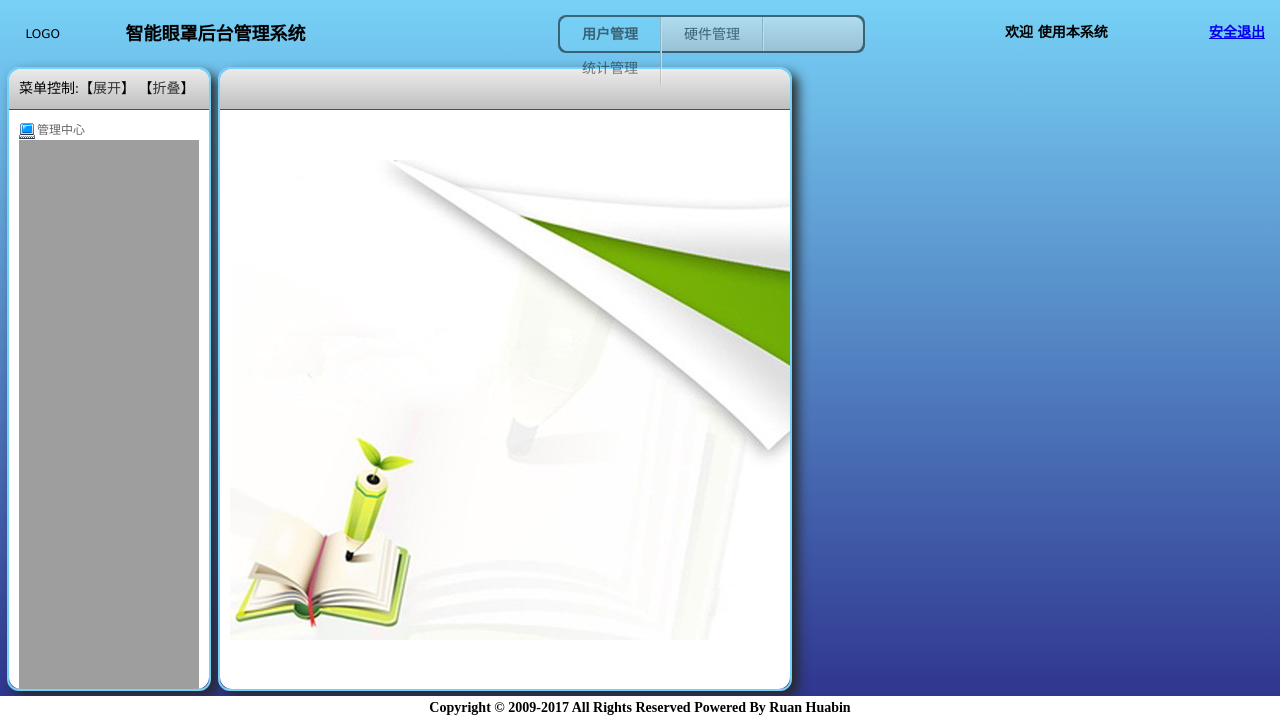
Repository: ruanhuabin/IntelliEyeShade
Page: http://localhost/IntelliEyeShade/admin/admin_login_success.jsp
An editor plug-in stored every save of this project. The page is shown before and after the next save, followed by the edit.
The browser window is 1280 px wide. The pictures show the whole page.
The page is served by Tomcat 9. Nobody is signed in. The application's start-up code is not run. Other server files are loaded and not shown.

Above is the page before, as saved 2016-11-10 09:47:52.

### IntelliEyeShade/WebRoot/admin/admin_login_success.jsp
<%@ page language="java" import="java.util.*" contentType="text/html; charset=utf-8" %>
<%
String path = request.getContextPath();
String basePath = request.getScheme()+"://"+request.getServerName()+":"+request.getServerPort()+path+"/";
%>

<!DOCTYPE html>
<html>
<head>
	<title>后台管理</title>
	<meta http-equiv="content-type" content="text/html;charset=UTF-8">
	<link rel="stylesheet" type="text/css" href="../css/index.css" />
</head>
<body>
<div id="wrapper">
	<div id="header">
		<div id="logo">LOGO</div>
		<div id="title">智能眼罩后台管理系统</div>
		<div id="menu" style="left: 858px; width: 307px;">
			<div id="menu_container">
				<ul id="menu_items">
					<li class="menu_item on" style="border-radius:8px 0 0 8px" onmouseout="this.style.backgroundColor=''" onmouseover="this.style.backgroundColor='#77D1F6';this.style.borderRadius='8px 0 0 8px'"><a>用户管理</a></li>
					<li class="menu_item" onmouseout="this.style.backgroundColor='';this.style.fontWeight='normal'" onmouseover="this.style.backgroundColor='#77D1F6';this.style.fontWeight='bold'"><a>硬件管理</a></li>
					<li class="menu_item" onmouseout="this.style.backgroundColor='';this.style.fontWeight='normal'" onmouseover="this.style.backgroundColor='#77D1F6';this.style.fontWeight='bold'"><a>统计管理</a></li>
					<!-- <li class="menu_item" onmouseout="this.style.backgroundColor='';this.style.fontWeight='normal'" onmouseover="this.style.backgroundColor='#77D1F6';this.style.fontWeight='bold'"><a>网盘管理</a></li>
					<li class="menu_item" onmouseout="this.style.backgroundColor='';this.style.fontWeight='normal'" onmouseover="this.style.backgroundColor='#77D1F6';this.style.fontWeight='bold'"><a>相册管理</a></li>
					 <li class="menu_item" style="border-radius:8px 0 0 8px;border:0px;" onmouseout="this.style.backgroundColor='';this.style.fontWeight='normal'" onmouseover="this.style.backgroundColor='#77D1F6';this.style.borderRadius='0 8px 8px 0';this.style.fontWeight='bold'"><a>邮件管理</a></li>
					-->
				</ul>
			</div>
		</div>
		<div id="user_info">
			<div id="welcome">欢迎 ${sessionScope.loginUserName} 使用本系统</div>
			<div id="logout"><a href="<%=path%>/admin/Administrator_logout.action">安全退出</a></div>
		</div>
	</div>
	<div id="navigator">
		<iframe src="../tree.jsp"></iframe>
        </div>
	<div id="main">
		<iframe name="MainFrame" src="admin_login_main.jsp"></iframe>
	</div>
	<div id="footer">Copyright © 2009-2017 All Rights Reserved Powered By Ruan Huabin</div>
</div>
</body>
<script type="text/javascript">
function screenAdapter(){
	document.getElementById('footer').style.top=document.documentElement.scrollTop+document.documentElement.clientHeight- document.getElementById('footer').offsetHeight+"px";
		document.getElementById('navigator').style.height=document.documentElement.clientHeight-100+"px";
		document.getElementById('main').style.height=document.documentElement.clientHeight-100+"px";
		document.getElementById('main').style.width=window.screen.width-230+"px";
}

window.onscroll=function(){screenAdapter();};
window.onresize=function(){screenAdapter();};
window.onload=function(){screenAdapter();};
</script>
</html>

### IntelliEyeShade/WebRoot/css/index.css
* {
    background: none repeat scroll 0 0 transparent;
    border: 0 none;
    margin: 0;
    padding: 0;
    vertical-align: baseline;
}
body{
    min-height:600px;
    min-width:1280px;
	overflow-y:hidden;
}
#wrapper {
    background-image: -moz-linear-gradient(top,#77D1F6, #2F368F);
    background-image:-webkit-gradient(linear, left top, left bottom, color-stop(0, #77D1F6),color-stop(1, #2F368F));
    font-family: "lucida Grande",Tahoma,Arial;
    font-size: 12px;
    overflow: hidden;
    height:100%;
    width:100%;
    height:100%;
}
#header {
    float: left;
    height: 62px;
    position: relative;
    width: 100%;
    z-index: 10;
	text-align:center;
}
#logo {
	//border:1px solid red;
    float: left;
    height: 38px;
	line-height:38px;
	vertical-align:middle;
    margin: 15px 0 0 1%;
    width: 60px;
}
#title {
	//border:1px solid red;
    float: left;
    height: 38px;
	line-height:38px;
	vertical-align:middle;
    margin: 15px 0 0 1%;
    width: 260px;
	font-family:微软雅黑;
	font-size:18px;
	font-weight:bold;
	text-align:center;
}
#menu{
	position:absolute;
	left:50%;
	margin-top:15px;
	margin-left:-300px;
    float: float;
    height: 38px;
	width:615px;
	line-height:38px;
	vertical-align:middle;
	text-align:center;
    border-radius: 8px;
    background-color:#000000;
    opacity:0.5;
}
#menu_container{
    position:relative;
	margin:2px;
	height: 34px;
	line-height:34px;
    vertical-align:middle;
    border-radius: 8px;
    background-image: -moz-linear-gradient(top,#EBEBEB, #BFBFBF);
    background-image: -webkit-gradient(linear, left top, left bottom, color-stop(0, #EBEBEB),color-stop(1, #BFBFBF));
}
#menu_items{
	list-style:none;
	line-height: normal;
	height: 34px;
	line-height:34px;
	vertical-align:middle;
	font-size:14px;
	border:2px solid solid;
	border-right-style:groove;
}
.menu_item{
	display: list-item;
	float:left;
	width:100px;
	border-right:2px solid #F6F6F6;
	border-right-style:groove;
	cursor:pointer;
}
.on{
	display: list-item;
	float:left;
	width:100px;
	background:#77D1F6;
	font-weight:bold;
}
.menu_item a{
	height: 34px;
	line-height:34px;
	display:block;
}
#user_info {
    height: 35px;
	line-height:35px;
	vertical-align:middle;
    position: relative;
	float:right;
	margin-top:15px;
	margin-right:15px;
	width:240px;
    font-weight:bold;
	font-size:14px;
}
#welcome{
	left:-20px;
    position: relative;
	float:left;
}
#logout{
    position: relative;
	float:right;
}
#footer{
    position: absolute;
	float:left;
    left:0px;
    width: 100%;
    height: 25px;
    vertical-align:middle;
    line-height:25px;
	text-align:center;
	font-family:微软雅黑;
	font-size:14px;
	font-weight:bold;
	font-color:#FFF;
}
#navigator{
    position:relative;
    float:left;
    width:200px;
    margin:5px 2px 5px 2px;
    left:5px;
    border-color: #77D1F6;
    border-width: 2px;
    border-style: solid;
    border-radius: 12px;
    -moz-box-shadow: 6px 6px 12px #282828;
    -webkit-box-shadow: 6px 6px 12px #282828;
}
#main{
    position:relative;
    float:left;
    width: 80%;
    margin:5px;
    left:5px;
    border-color: #77D1F6;
    border-width: 2px;
    border-style: solid;
    border-radius: 12px 12px;
    -moz-box-shadow: 6px 6px 12px #282828;
    -webkit-box-shadow: 6px 6px 12px #282828;
}
iframe{
    height:100%;
    width:100%;
    background:#FFF;
    position:relative;
    border-radius:12px;
    overflow:hidden;
}

### IntelliEyeShade/WebRoot/tree.jsp
<%@ page language="java" import="java.util.*" contentType="text/html; charset=utf-8" %>
<%
String path = request.getContextPath();
String basePath = request.getScheme()+"://"+request.getServerName()+":"+request.getServerPort()+path+"/";
%>
<!DOCTYPE html>
<html>
<head>
	<title>导航树</title>
	<meta http-equiv="content-type" content="text/html;charset=UTF-8">
	<style type="text/css">@import url('components/dtree/dtree.css');</style>
	<script type="text/javascript">var dtreeIconBasePath = "components/dtree";</script>
	<script type="text/javascript"  src="components/dtree/dtree.js"></script>
</head>
<body>
<script type="text/javascript">
var treeMenu = [
	/* { level:1, name:"学生管理"},
	{ level:2, name:"学生列表", ico:"images/icon_default.gif",link:"students/Student_query.action"},
	{ level:1, name:"教师管理"},
	{ level:2, name:"教师列表", ico:"images/icon_default.gif",link:"role_list.html"},
	{ level:1, name:"信息管理"},
	{ level:2, name:"新闻管理", ico:"images/icon_default.gif",link:"news_list.html"},
	{ level:2, name:"公告管理", ico:"images/icon_default.gif",link:"bulletin_list.html"},
	{ level:1, name:"系统邮件", ico:"images/icon_default.gif"},
	{ level:1, name:"网络文件", ico:"images/icon_default.gif",link:"complaint_list.html"}, */
	{ level:1, name:"用户管理", ico:"images/icon_default.gif",link:"users/Users_queryByPage.action"},
	{ level:1, name:"硬件管理", ico:"images/icon_default.gif",link:"devices/Devices_queryByPage.action"},
	{ level:1, name:"统计管理", ico:"images/icon_default.gif",link:"statistics/statistics_filter.jsp"},
];
</script>
<style>
* {
    background: none repeat scroll 0 0 transparent;
    border: 0 none;
    margin: 0;
    padding: 0;
    vertical-align: baseline;
	font-family:微软雅黑;
	overflow:hidden;
}
#menuControll{
	width:100%;
	position:relative;
	word-wrap:break-word;
	border-bottom:1px solid #065FB9;
	margin:0;
	padding:0 10px;
	font-size:14px;
	height:40px;
	line-height:40px;
	vertical-align:middle;
    background-image: -moz-linear-gradient(top,#EBEBEB, #BFBFBF);
    background-image: -webkit-gradient(linear, left top, left bottom, color-stop(0, #EBEBEB),color-stop(1,
#BFBFBF));
}
</style>
<div id="menuControll">
菜单控制:【<a href="#" onclick="tree.openAll();this.blur();return false;" style="color:#333333;text-decoration:none">展开</a>】
【<a href="#" onclick="tree.closeAll();this.blur();return false;" style="color:#333333;text-decoration:none">折叠</a>】
</div>
<div class="dtree" style="margin:10px;">
<script type="text/javascript">
//建立新树
tree = new dTree('tree');
tree.config.target = "MainFrame";
tree.config.useCookies = false;
var selNum = -1;
var link = "";
//根目录
tree.add(0,-1,'管理中心', null, null, null, '', '');
var count = 0;
var pLevelIdArray = new Array();
pLevelIdArray[1] = 0;
var currLevel = 1;
for (var i=0; i<treeMenu.length; i++) {
	var item = treeMenu[i];
	var itemLevel = item.level;
	pLevelIdArray[itemLevel+1] = ++count;
	if (item.link!=null && item.link!="") {
		if (item.ico!=null) {
			tree.add(count, pLevelIdArray[itemLevel], item.name, item.link, null, null, item.ico, item.ico);
		} else {
			tree.add(count, pLevelIdArray[itemLevel], item.name, item.link);
		}
	} else {
		if (item.ico!=null) {
			tree.add(count, pLevelIdArray[itemLevel], item.name, null, null, null, item.ico, item.ico);
		} else {
			tree.add(count, pLevelIdArray[itemLevel], item.name);
		}
	}
	if (item.select) {
		selNum = count;
		link = item.link;
	}
}
document.write(tree);
tree.openAll();
if (selNum != -1) {
	tree.openTo(selNum,true);
	top.document.frames["MainFrame"].location.href=link;
}
</script>
</div>
</body>
</html>

### IntelliEyeShade/WebRoot/admin/admin_login_main.jsp
<%@ page language="java" import="java.util.*" contentType="text/html; charset=utf-8" %>
<%
String path = request.getContextPath();
String basePath = request.getScheme()+"://"+request.getServerName()+":"+request.getServerPort()+path+"/";
%>
<!DOCTYPE html>
<html>
	<meta http-equiv="content-type" content="text/html;charset=UTF-8">
	<link rel="stylesheet" type="text/css" href="../css/default.css" />
<style type="text/css">
* {
    background: none repeat scroll 0 0 transparent;
    border: 0 none;
    margin: 0;
    padding: 0;
    vertical-align: baseline;
	font-family:微软雅黑;
	overflow:hidden;
}
#navi{
	width:100%;
	position:relative;
	word-wrap:break-word;
	border-bottom:1px solid #065FB9;
	margin:0;
	padding:0;
	height:40px;
	line-height:40px;
	vertical-align:middle;
    background-image: -moz-linear-gradient(top,#EBEBEB, #BFBFBF);
    background-image: -webkit-gradient(linear, left top, left bottom, color-stop(0, #EBEBEB),color-stop(1,
#BFBFBF));
}
#naviDiv{
	font-size:14px;
	color:#333;
	padding-left:10px;
}
#tips{
	margin-top:10px;
	width:100%;
	height:40px;
}
#buttonGroup{
	padding-left:10px;
	float:left;
	height:35px;
}
.button{
	float:left;
	margin-right:10px;
	padding-left:10px;
	padding-right:10px;
	font-size:14px;
	width:70px;
	height:30px;
	line-height:30px;
	vertical-align:middle;
	text-align:center;
	cursor:pointer;
    border-color: #77D1F6;
    border-width: 1px;
    border-style: solid;
    border-radius: 6px 6px;
    -moz-box-shadow: 2px 2px 4px #282828;
    -webkit-box-shadow: 2px 2px 4px #282828;
    background-image: -moz-linear-gradient(top,#EBEBEB, #BFBFBF);
    background-image: -webkit-gradient(linear, left top, left bottom, color-stop(0, #EBEBEB),color-stop(1, #BFBFBF));
}
#mainContainer{
	padding-left:10px;
	padding-right:10px;
	text-align:center;
	width:98%;
	font-size:12px;
}
</style>
<body>
<div id="navi">
	<!-- 导航空白 -->
</div>
<div id="tips">
	<!-- 导航空白 -->
</div>
<div id="mainContainer">
   <img src="../images/welcome.jpg">
   <!--数据表格空白 -->
</div>
</body>
</html>

### IntelliEyeShade/WebRoot/components/dtree/dtree.css
/*--------------------------------------------------|
| dTree 2.05 | www.destroydrop.com/javascript/tree/ |
|---------------------------------------------------|
| Copyright (c) 2002-2003 Geir Landr?               |
|--------------------------------------------------*/

.dtree {
	font-size: 12px;
	color: #666;
	white-space: nowrap;
}
.dtree img {
	border: 0px;
	vertical-align: middle;
}
.dtree a {
	color: #333;
	text-decoration: none;
}
.dtree a.node, .dtree a.nodeSel {
	white-space: nowrap;
	padding: 1px 2px 1px 2px;
}
.dtree a.node:hover, .dtree a.nodeSel:hover {
	color: #333;
	text-decoration: underline;
}
.dtree a.nodeSel {
	background-color: #c0d2ec;
}
.dtree .clip {
	overflow: hidden;
}

### IntelliEyeShade/WebRoot/css/default.css
/* 基本样式 */


/* 去掉图片、表单边框 */
img, form {
	margin:0;
	padding:0;
	border:0;
}

/* 超链接 */
a {
	text-decoration: none;
}
a:link, a:visited {
	color:#063685;
	text-decoration:none;
}
a:hover, a:active {
	color:#FF5500;
	text-decoration:underline;
}

/* 表格 */
table.default {
	border:1px solid #0283c5;
	border-collapse:collapse;
	margin-top:5px;
}
table.default td, table.default tr.style1 td {
	padding:2 5 2 5;
	height:26px;
	border:1px solid #ffffff;
}
table.default tr, table.default tr.style1{
	background-color:#f0f0f0;
}
table.default tr.style0{
	background-color:#dfdfdf;
}
table.default tr.title td, table.default tr.ltitle td {
	font-weight:bold;
	background:#0283c5;
	color:#ffffff;
	border:1px solid #ffffff;
	white-space:nowrap;
	height:26px;
	line-height:26px;
	vertical-align:middle;
}
table.default tr.ltitle td {
	text-align:left;
}
table.default tr.title td {
	text-align:center;
	line-height:26px;
	vertical-align:middle;
}
table.default tr.subtitle td ,table.default tr.lsubtitle td {
	font-weight:bold;
	background:#69f;
	color:#ffffff;
	border:1px solid #ffffff;
	white-space:nowrap;
	height:26px;
	line-height:26px;
	vertical-align:middle;
}
table.default tr.lsubtitle td {
	text-align:left;
}
table.default tr.subtitle td {
	text-align:center;
}

table.default tr.strong td {
	font-weight:bold;
	background:#DDD;
}

table.default tr.stronghl td {
	font-weight:bold;
	background:#FFCC99;
	text-align:center;
}

table.default tr.hl td {
	background:#ffffcc/*#FFFF99*/;
}

table.default td.item {
	font-weight:bold;
	color:#333333;
	text-align:right;
}

table.default td.text {
	line-height:150%;
}

table.default td.opt {
	background:#FFFF99;
	padding-right:10px;
}

table.explain {
	margin-top:5px;
	margin-bottom:5px;
}
table.explain td {
	font-family:宋体;
	font-size:12px;
	border:1px solid #333333;
	background:#f0f0f0;
	padding:8px;
	line-height:120%;
}

table.pages {
	border:0;
}
table.pages td {
	height:26px;
}

table.reswb {
	border:1px solid #0283c5;
	border-collapse:collapse;
	margin-top:10px;
}

table.reswb tr.title td {
	padding:2 5 2 5;
	font-weight:bold;
	background:#0283c5;
	color:#ffffff;
	border:1px solid #ffffff;
	white-space:nowrap;
	height:26px;
	line-height:26px;
	vertical-align:middle;
}

table.default tr.list{
	text-align: center;
	line-height:26px;
	vertical-align:middle;
}

/* 普通信息 */
div.info {
	padding:5px 5px 5px 2px;
	margin-top:10px;
}

/* 前台导航用 */
.tdnormal {
	border-bottom:1px solid white;
}

.tdselected {
	border:1px solid white;
	border-bottom:0;
	font-weight:bold;
}
.navtab td {
	height:30px;
	color:white;
	font-size:9pt;
	text-align:center;
}
a.navbar, a.navbar:visited, a.navbar:active {text-decoration: none;color:#FFF;}
a.navbar:hover {text-decoration: underline;color:#FFF;}


/* 错误信息 */
.errorBox {
	border:1px solid #ff0000;
	padding:5px;
	background:#FFCCCC;
}
.errorMessage {
	color:#cc0000;
}
ul {
	margin-left:30px;
	margin-top:0;
	margin-bottom:0;
}

/* 分页页码样式 */
.selectedPage {
	border:1px solid #999999;
	background:#ffffcc;
	color:#000000;
	padding:0 3px 2px 3px;
}
.noSelectedPage {
	padding:0 3px 0 3px;
}
a.page {
	font-size:12px;
	text-decoration: none;
}
a.page:link, a.page:visited {
	color:#0044DD;
	text-decoration:none;
}
a.page:hover, a.page:active {
	color:#FF5500;
	text-decoration:none;
}

/* 表单元素样式 */
.input_text {
	width:200px;
	margin-right:5px;
}
.notNull {
	color:red;
}
.notice {
	color:#20A8F0;
}

/* 后台任务链接样式 */
a.navlink {
	font-family:宋体;
	height:25px;
	font-weight:normal;
	letter-spacing:1px;
	padding:4 5 0 5;
	background:#e0e0e0;
	border:2px outset;
	FILTER: progid:DXImageTransform.Microsoft.Gradient(GradientType=0, StartColorStr=#ffffff, EndColorStr=#20A8F0);
}

a.navlink {text-decoration: none;color:#000000;}
a.navlink:visited {text-decoration: none;color:#000000;}
a.navlink:active {text-decoration: none;color:#0044DD;}
a.navlink:hover {text-decoration: none;color:#FF5500;}

/* 操作按钮 */
div.oper {
	margin:5px;
	text-align:right;
}

div.oper input {
	margin-left:5px;
	margin-right:5px;
}

/* 背景色 */
.fbg {
	background:#065FB9;
}
.bbg {
	background:#04477C;
}

/* tooltip */
/*
span.tip {
	cursor:default;
}
#tooltip {
	position: absolute;
	z-index: 3000;
	border: 1px solid #111;
	background-color: #eee;
	padding: 5px;
	opacity: 0.85;
}
#tooltip h3, #tooltip div {
	font-size:12px;
	margin: 0;
}
*/

/* 特殊高亮文本 */
span.spec {
	color:#003399;
}

/* 特殊灰色文本 */
span.gray {
	color:#666;
}

/* 黄色背景 */
.bg1 {
	background:#FFCC99;/*#FFFF99;*/
}

/* 绿色背景 */
.bg2 {
	background:#99CC99;
}

/* 文章样式 */

div.title {
	font-size:16px;
	font-weight:bold;
	background:#FFFF99;
	border-bottom:2px solid #000;
	padding:5px;
	margin-bottom:10px;
}

div.content {
	font-size:14px;
	line-height:150%;
}

div.faq-q {
	padding:5px;
	background:#DDD;
	font-weight:bold;
}

div.faq-a {
	padding:5px;
	line-height:150%;
	font-size:16px;
}

/* 问卷样式 */
.option {
	margin-right:10px;
}

.answer {
	background:#060;
	color:white;
	font-weight:bold;
	padding:2px;
}

table.stat {
	border-collapse:collapse;
}
table.stat td {
	border:0;
	padding-left:20px;
}
hr.percent {
	height:10px;
	color:#093;
	border:1px solid black;
}

td.indent {
	padding-left:10px;
}

#page_explain {
	display:none;
}

#navDiv {
	color:#333;
	padding-left:10px;
	line-height:30px;
	background:#CCFF99;
	border-bottom:1px solid #065FB9;
	height:30px;
	padding-top:6px;
}
/*--------分页样式-----------*/
.pager-top {
    overflow:hidden;
    padding:5px 10px 0;
    color:#333333;
    font-family:Tahoma,Verdana,sans-serif,simsun;
    font-size:12px;
    margin-top:10px;
    border-bottom:1px solid #D8DFEA;
}
.pager-top span {
    float:left;
    padding-bottom:6px;
}
.pagerpro {
    float:right;
    list-style-image:none;
    list-style-position:outside;
    list-style-type:none;
    margin:0;
    padding:0;
}
.pagerpro li {
    display:inline;
    float:left;
}
.pagerpro li a.chn {
    font-size:12px;
}
.pagerpro li a {
    display:block;
    font-size:11px;
    padding:3px 3px 2px;
    color:#005EAC;
    text-decoration:none;
}
.pagerpro li a.chn:hover {
    border-bottom:1px solid #005EAC;
}
.pagerpro li a:hover {
    background:#005EAC none repeat scroll 0 0;
    border-bottom:2px solid #005EAC;
    border-color:#D8DFEA #D8DFEA #005EAC;
    color:#FFFFFF;
    text-decoration:none;
}
.pagerpro li.current a, .pagerpro li.current a:hover {
    background:transparent none repeat scroll 0 0;
    border-bottom:2px solid #005EAC;
    border-color:#005EAC;
    color:#005EAC;
    font-weight:700;
    padding-left:2px;
    padding-right:2px;
}
.marquee_txt{
	font-size:12px;
	font-family:"微软雅黑";
	margin-top:5px;
	margin-left:auto;
    margin-right:auto;
    width:222px;
}

Loaded but not shown: IntelliEyeShade/WebRoot/components/dtree/dtree.js (347 lines, source omitted)

After the next save:
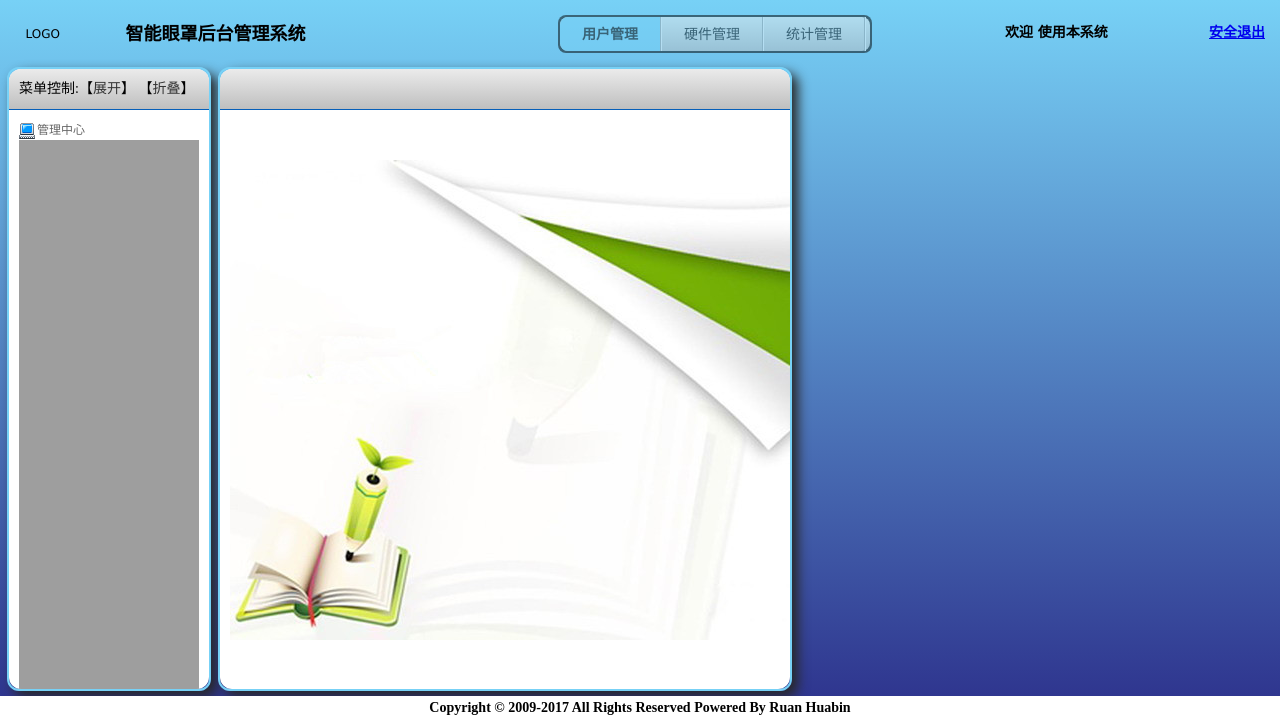
Saved 22 s later.
--- a/IntelliEyeShade/WebRoot/admin/admin_login_success.jsp
+++ b/IntelliEyeShade/WebRoot/admin/admin_login_success.jsp
@@ -16,7 +16,7 @@ String basePath = request.getScheme()+"://"+request.getServerName()+":"+request.
 	<div id="header">
 		<div id="logo">LOGO</div>
 		<div id="title">智能眼罩后台管理系统</div>
-		<div id="menu" style="left: 858px; width: 307px;">
+		<div id="menu" style="left: 858px; width: 314px;">
 			<div id="menu_container">
 				<ul id="menu_items">
 					<li class="menu_item on" style="border-radius:8px 0 0 8px" onmouseout="this.style.backgroundColor=''" onmouseover="this.style.backgroundColor='#77D1F6';this.style.borderRadius='8px 0 0 8px'"><a>用户管理</a></li>
